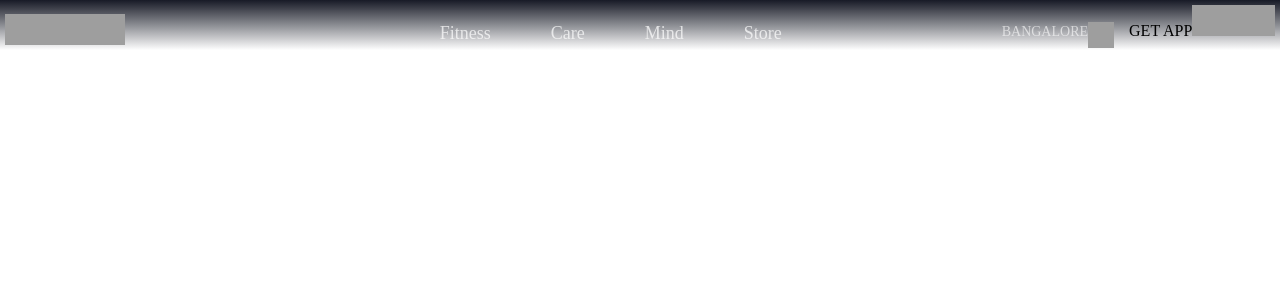
Repository: 1sanjeetsharma/cult-fit-clone
Page: /
An editor plug-in stored every save of this project. The page is shown before and after the next save, followed by the edit.
The browser window is 1280 px wide. The pictures show the whole page.
Pictures or frames that could not be fetched are drawn as grey boxes. Some web fonts or font styles are not loaded; a fallback is used. The project was rebuilt for these pictures with package versions that can differ from the ones it lists, and the page was loaded fresh each time. Also part of the build but not shown: vite.config.js, src/components/body/footer/Footer.jsx.

Above is the page before, as saved 2023-07-31 16:15:54.

After the next save:
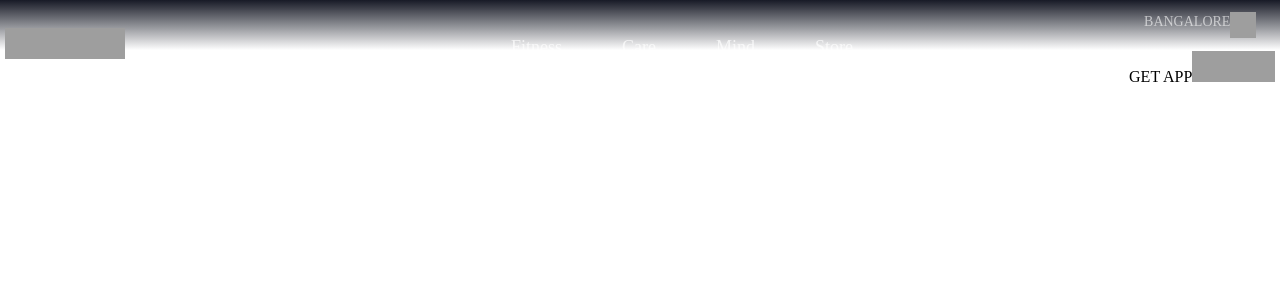
Saved 117 s later.
--- a/src/components/body/Navbar/navbar.css
+++ b/src/components/body/Navbar/navbar.css
@@ -60,7 +60,7 @@
 	flex-direction: row;
 }
 .location {
-	display: inline-flex;
+	display: flex;
 	flex-direction: row;
 	background: transparent;
 	/* outline: none; */

After the save that followed:
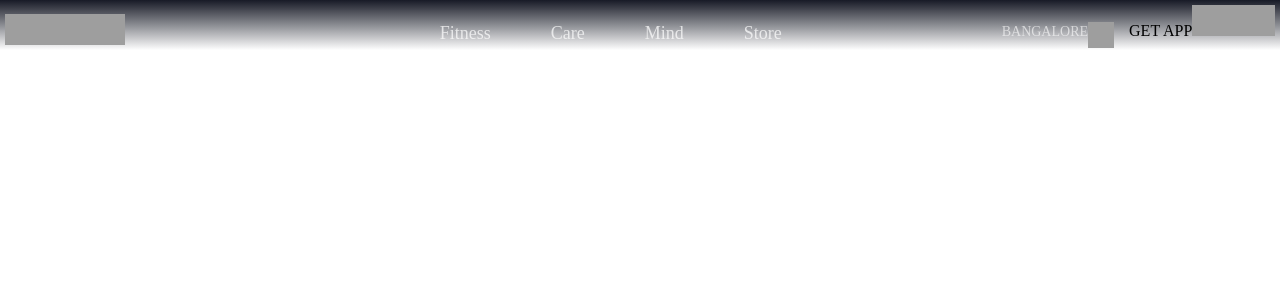
Saved 12 s later.
--- a/src/components/body/Navbar/navbar.css
+++ b/src/components/body/Navbar/navbar.css
@@ -60,7 +60,7 @@
 	flex-direction: row;
 }
 .location {
-	display: flex;
+	display: inline-flex;
 	flex-direction: row;
 	background: transparent;
 	/* outline: none; */
